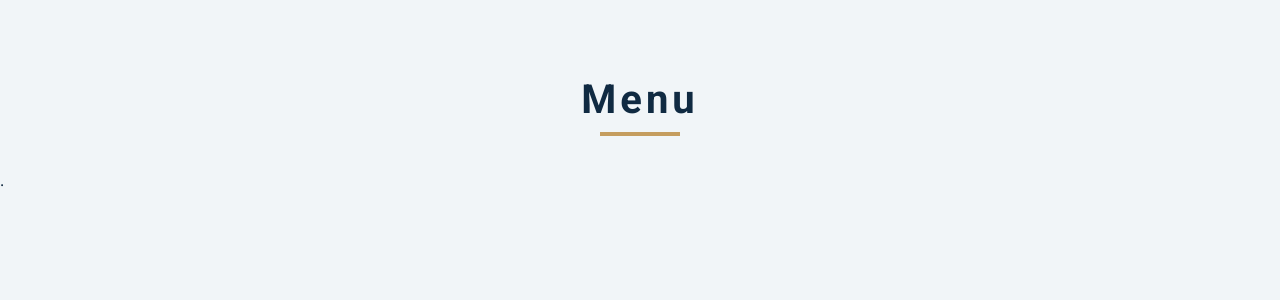
Repository: spidero7/Menu
Page: index.html
The author's editor kept a copy of each file at every save. The page is drawn from the files as they stood at one save, then again after the next save.
The browser window is 1280 px wide. The pictures show the whole page.
Some web libraries are served in a nearby version.

Above is the page before, as saved 2021-09-30 08:16:28.

After the next save:
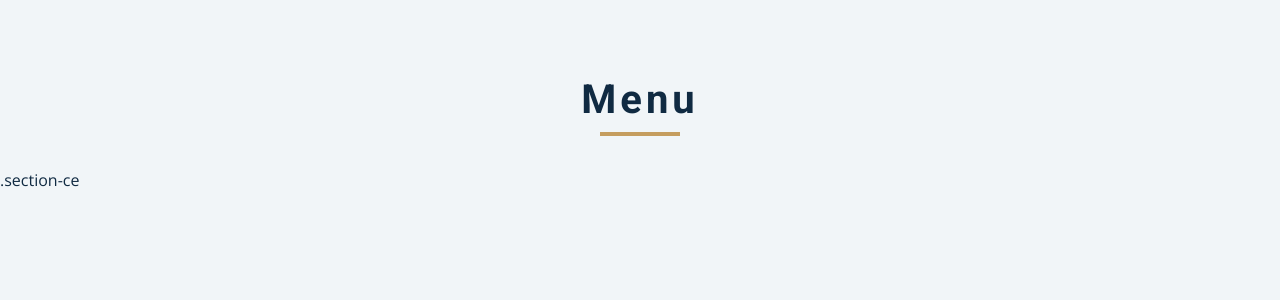
Saved 4 s later.
--- a/index.html
+++ b/index.html
@@ -17,7 +17,7 @@
             <h2>Menu</h2>
             <div class="underline"></div>
         </div>
-        .
+        .section-ce
     </section>
     <script src="app.js"></script>
 </body>

After the save that followed:
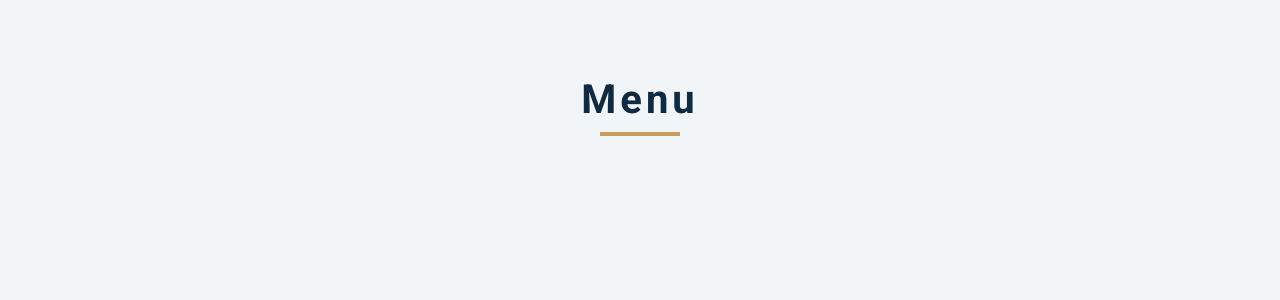
Saved 4 s later.
--- a/index.html
+++ b/index.html
@@ -17,7 +17,7 @@
             <h2>Menu</h2>
             <div class="underline"></div>
         </div>
-        .section-ce
+        <div class="section-center"></div>
     </section>
     <script src="app.js"></script>
 </body>
